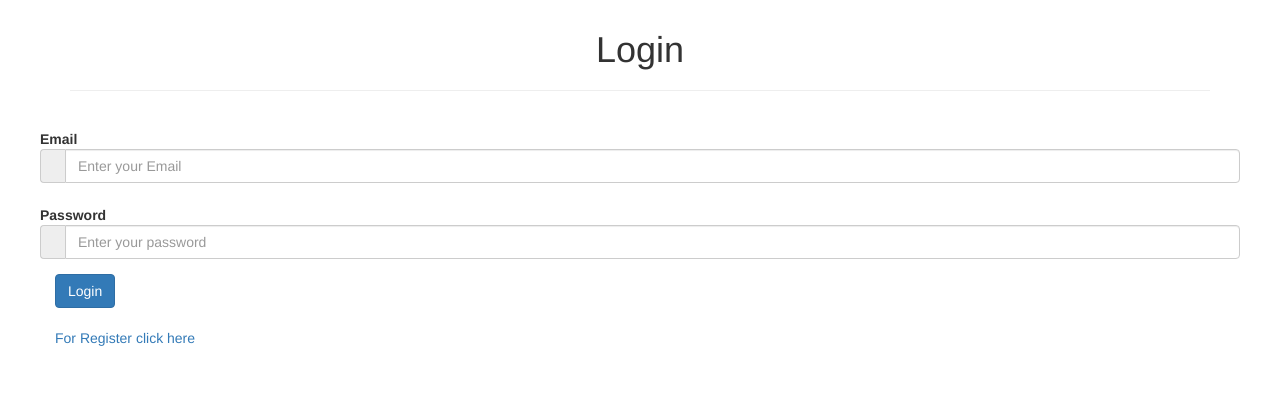
Repository: kakadiyahardik/Enterprice-Computing
Page: http://localhost/InventoryManage/user/login.jsp
These files come from the project's save history. The page is drawn as it stood at one moment and after the next save; the edit follows.
The browser window is 1280 px wide. The pictures show the whole page.
Some web libraries are served in a nearby version. The page is served by Tomcat 9. Other server files are loaded and not shown.

Above is the page before, as saved 2017-04-08 11:30:46.

### InventoryManage/WebContent/user/login.jsp
<%@ page language="java" contentType="text/html; charset=ISO-8859-1"
    pageEncoding="ISO-8859-1" import="java.util.ArrayList, model.Category,dao.*"%>

<!DOCTYPE html PUBLIC "-//W3C//DTD HTML 4.01 Transitional//EN" "http://www.w3.org/TR/html4/loose.dtd">
<html>
<head>
<meta http-equiv="Content-Type" content="text/html; charset=ISO-8859-1">
<title>login</title>
<meta charset="utf-8">
		  <meta name="viewport" content="width=device-width, initial-scale=1">
		  <link rel="stylesheet" href="https://maxcdn.bootstrapcdn.com/bootstrap/3.3.7/css/bootstrap.min.css">
		  <script src="https://ajax.googleapis.com/ajax/libs/jquery/3.2.0/jquery.min.js"></script>
		  <script src="https://maxcdn.bootstrapcdn.com/bootstrap/3.3.7/js/bootstrap.min.js"></script>

    </head>
    <body>


	<body>
		<div class="container">
			<div class="row main">
				<div class="panel-heading">
	               <div class="panel-title text-center">
	               		<h1 class="title">Login</h1>
	               		<hr />
	               	</div>
	            </div>
				<div class="main-login main-center">
					<form class="form-horizontal" method="post" action="#">

						<div class="form-group">
							<label for="name" class="cols-sm-2 control-label">Email</label>
							<div class="cols-sm-10">
								<div class="input-group">
									<span class="input-group-addon"><i class="fa fa-user fa" aria-hidden="true"></i></span>
									<input type="text" class="form-control" name="email" id="name"  placeholder="Enter your Email"/>
								</div>
							</div>
						</div>

						<div class="form-group">
							<label for="email" class="cols-sm-2 control-label">Password</label>
							<div class="cols-sm-10">
								<div class="input-group">
									<span class="input-group-addon"><i class="fa fa-envelope fa" aria-hidden="true"></i></span>
									<input type="text" class="form-control" name="password" placeholder="Enter your password"/>
								</div>
							</div>
						</div>

						<div class="submit">
							<input type="hidden" name="action" value="userlogin"/>
							<button type="submit" class="btn btn-primary">Login</button>
						</div>
						<br>
						<div class="login-register">
				            <a href="user/registration.jsp">For Register click here</a>
				         </div>
					</form>
				</div>
			</div>
		</div>

</body>
</html>

After the next save:
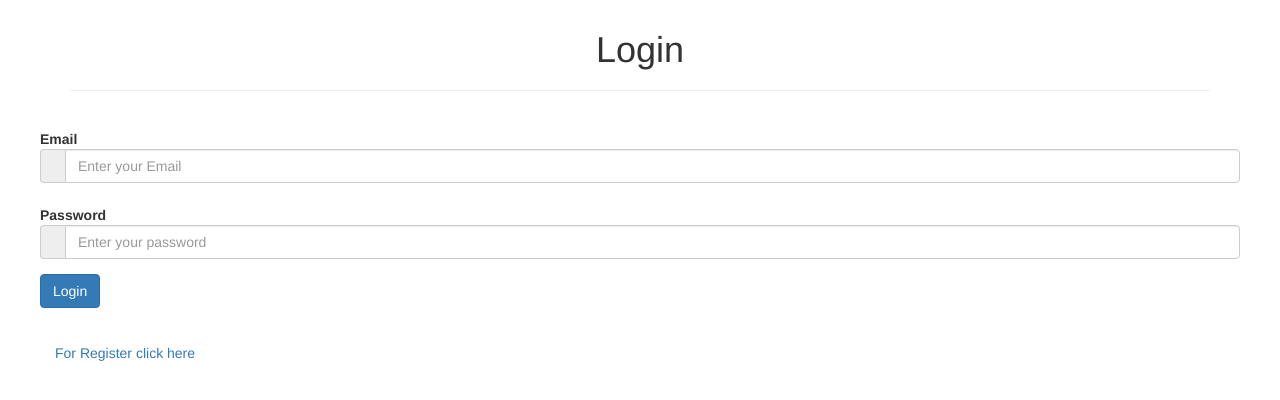
Saved 14 s later.
--- a/InventoryManage/WebContent/user/login.jsp
+++ b/InventoryManage/WebContent/user/login.jsp
@@ -48,7 +48,7 @@
 							</div>
 						</div>
 
-						<div class="submit">
+						<div class="form-group">
 							<input type="hidden" name="action" value="userlogin"/>
 							<button type="submit" class="btn btn-primary">Login</button>
 						</div>
